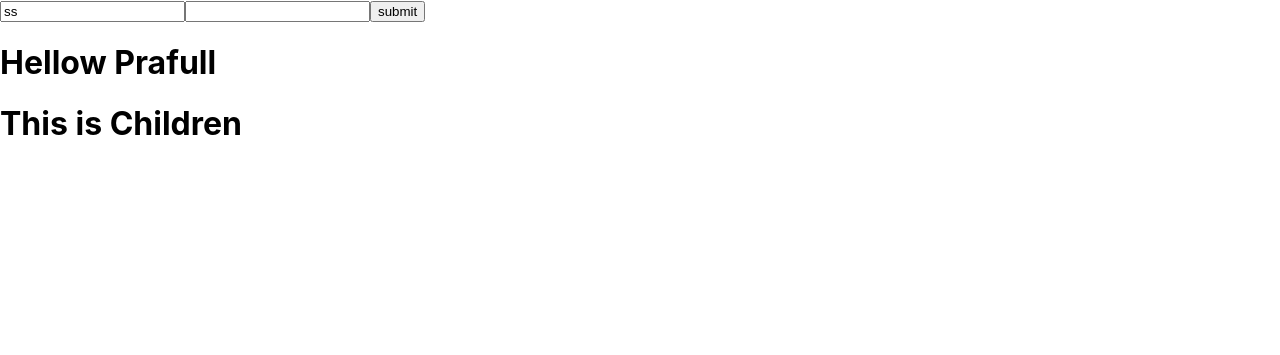
Repository: Prafullkuma/facebook
Page: /
The author's editor kept a copy of each file at every save. The page is drawn from the files as they stood at one save, then again after the next save.
The browser window is 1280 px wide. The pictures show the whole page.
The project was rebuilt for these pictures with package versions that can differ from the ones it lists, and the page was loaded fresh each time. Also part of the build but not shown: src/App.css.

Above is the page before, as saved 2020-09-03 12:12:50.

After the next save:
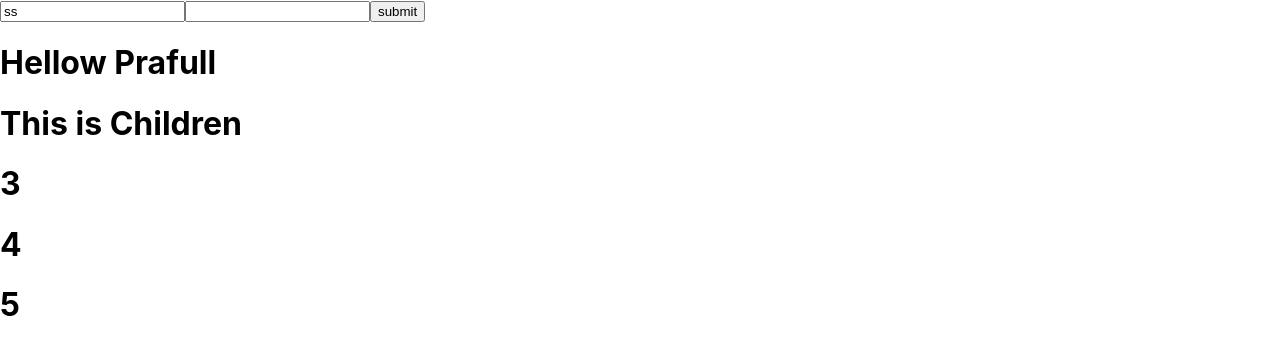
Saved 8 min 21 s later.
--- a/src/Component/Props.js
+++ b/src/Component/Props.js
@@ -4,6 +4,7 @@ function GreetingComponent(props) {
     return <div>
         <h1>Hellow {props.name}</h1>
         {props.children}
+        {[1, 2, 3].map((d) => <h1>{d + 2}</h1>)}
     </div>
 }
 
